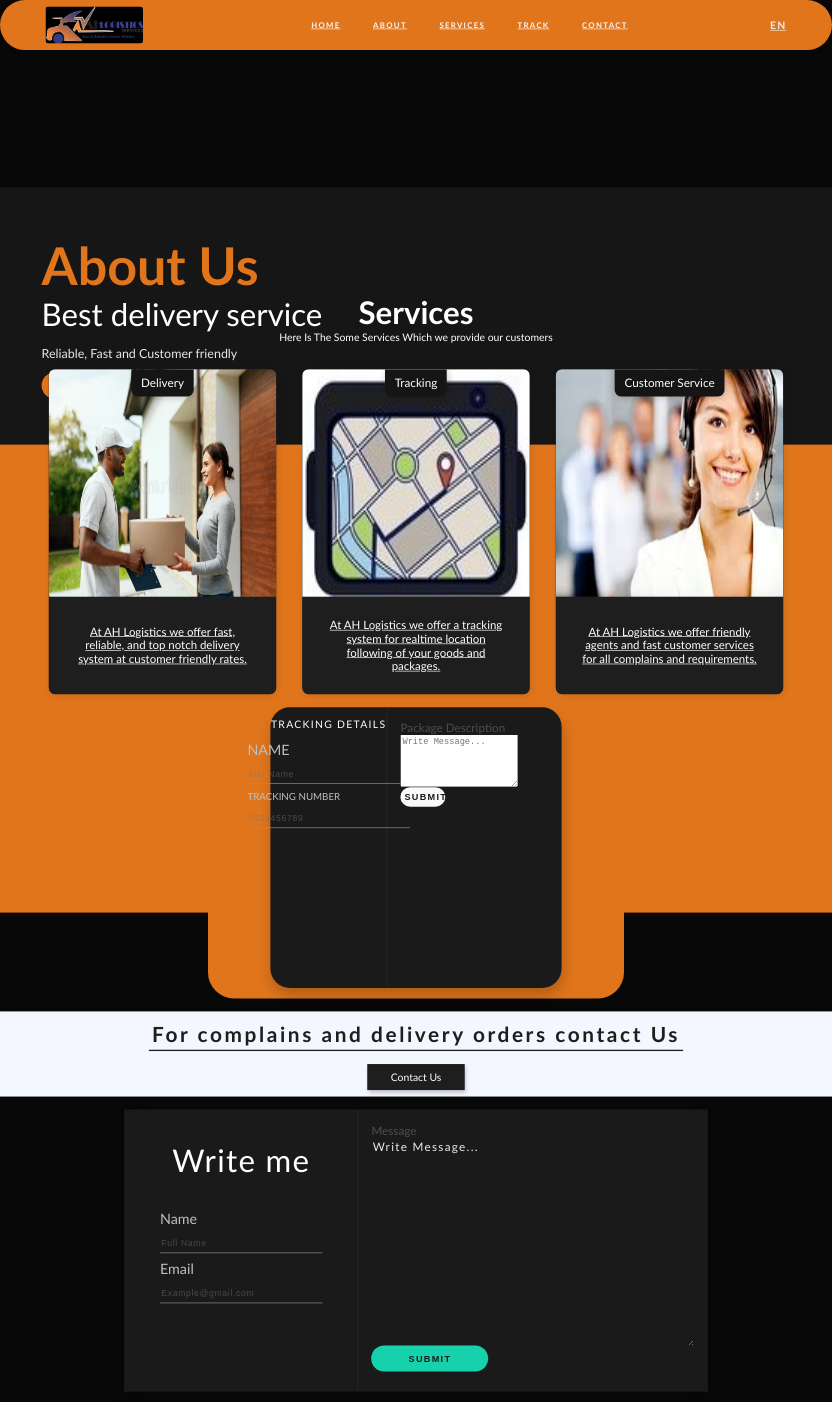
Repository: TheSecretlifeOfX/Ah-Logistics
Page: index.html
These files come from the project's save history. The page is drawn as it stood at one moment and after the next save; the edit follows.
The browser window is 1280 px wide. The pictures show the whole page, at 65% of full size.

Above is the page before, as saved 2022-03-02 16:16:19.

### index.html
<html>
<head>
<meta charset="utf-8">
<meta http-equiv="X-UA-Compatible" content="IE-edge">
<meta name="viewport" content="width=device-width, intial-scale=1.0">
<title>Logistics Website</title>
<link rel="stylesheet" href="./css/home.css">
</head>
<body>
<section id="main">
	<nav>
	<a href="#" class="logo"><img src="images/logo.jpg"></a>
	<div class="toggle"></div>
	<ul class="menu">
	<li class="active"><a href="#main" >Home</a></li>
	<li><a href="#about">About</a></li>
	<li><a href="#services">Services</a></li>
	<li><a href="#Tracking-Form">Track</a></li>
    <li><a href="#contact-form">Contact</a></li>
	</ul>
	<a href="#" class="lang">En</a>
	</nav>
    </section>
</div>
<section id="about">
	<div class="about-text">
	<h1>About Us</h1>
	<h2>Best delivery service</h2>
	<p>Reliable, Fast and Customer friendly</p>
	<button>View More Details</button>
	</div>
</section>
<section id="services">
<div class="s-heading">
<h1>Services</h1>
<p>Here Is The Some Services Which we provide our customers</p>
</div>
<div class="b-container">
<div class="s-box">
<div class="s-b-img">
    <div class="s-type">Delivery</div>
    <img src="images/delivery.jpg">
</div>
<div class="s-b-text">
<a href="#">At AH Logistics we offer fast, reliable, and top notch delivery system at customer friendly rates.</a>
</div>
</div>
<div class="s-box">
<div class="s-b-img">
    <div class="s-type">Tracking</div>
    <img src="images/track.jpg">
</div>
<div class="s-b-text">
<a href="#">At AH Logistics we offer a tracking system for realtime location following of your goods and packages.</a>
</div>
</div>
<div class="s-box">
<div class="s-b-img">
    <div class="s-type">Customer Service</div>
    <img src="images/customer.jpg">
</div>
<div class="s-b-text">
<a href="#">At AH Logistics we offer friendly agents and fast customer services for all complains and requirements.</a>
</div>
</div>
</div>
</div>
<section id="Tracking-Form">
	<form>
	<!--left--------------------------------------->
	<div class="Track-left">
	<h1 class="T-heading">Tracking Details</h1>
	<div class="f-name">
	<font >Name</font>
	<input type="text" placeholder="Full Name"/>
	</div>
	<div class="f-num">
	<font >Tracking Number</font>
	<input type="Number" placeholder="0123456789"/>
	</div>
	</div>
	<div class="Track-right">

	<div class="Description">
	<font >Package Description</font>
	<textarea name="message" rows="5" cols="20" placeholder="Write Message..."></textarea>
	<button>Submit</button>
	</div>
	</form>
	</section>
<section id="contact-btn">
	<h1 class="c-b-heading">For complains and delivery orders contact Us</h1>
		<button >Contact Us</button>
	</section>
<!--contact-form------------------->
<section id="contact-form">
<form>
<!--left--------------------------------------->
<div class="contact-left">
<h1 class="c-l-heading">Write me</h1>
<div class="f-name">
<font >Name</font>
<input type="text" placeholder="Full Name"/>
</div>
<div class="f-email">
<font >Email</font>
<input type="email" placeholder="Example@gmail.com"/>
</div>
</div>
<div class="contact-right">

<div class="message">
<font >Message</font>
<textarea name="message" rows="5" cols="20" placeholder="Write Message..."></textarea>
<button>Submit</button>
</div>
</form>
</section>
</section>
</body>
</html>

### css/home.css
body{
	margin:0px;
	padding:0px;
	background-color: #080808;
	background-size: 100%;
	min-height: 100vh;
	}
	#main{
		width:100%;
		height: 40vh;
		}
		nav{
			display:flex;
			justify-content: space-between;
			align-items: center;
			text-transform: uppercase;
			font-weight: 600;
			letter-spacing: 2px;
			font-family: calibri;
			top: 0;
			left: 10px;
			width:100%;
			box-sizing: border-box;
			padding: 5px 70px;
			background-color:#e0751c;
			box-shadow:2px 2px 12px rgba(0,0,0,0.05);
			z-index: 1;
			border-radius: 50px;
			}
			.menu{
			display: flex;

			}
			.menu li a{
			padding: 10px 25px;
			color:#f8f8fa;
			font-size: 12px;
			display:inline-block;
			}
			li{display:inline-block}
			.lang{
			color:#f3ecec;
			}
			.logo > img {
				width: 100%;
				height: 100%;
				max-width: 150px;
				display: flex;
				justify-content: center;
				align-items: center;
				text-align: center;
				margin-left: 0px;
				border-radius: 5px;
				 }
			.toggle{
			display: none;
			}
			.menu li a:hover{
			background-color:#292929;
			color:#FFF!important;
			font-weight: bold;
			transition: all ease 0.4s;
			}
			.lang:hover{
				background-color:#292929;
			color:#FFF!important;
			font-weight: bold;
			transition: all ease 0.4s;
			}
			#about{
				width:100%;
				height: 55vh;
				background-color:#161616;
				box-sizing: border-box;
				display: flex;
				align-items: center;
				justify-content: space-between;
				padding: 0px 5% 0px 5%;
			}
			.about-text{
				font-family: calibri;
				width: 50%;
			}
			.about-text h1{
				font-size: 5rem;
				color:#e0751c;
			}
			.about-text h2{
				font-size: 3rem;
				color:#FFFFFF;
				font-weight: 400;
			}
			.about-text h1,h2{
				margin: 0px;
				padding: 0px;
			}
			.about-text p{
				font-size: 1.2rem;
				color:rgba(255,255,255,0.90);

			}
			.about-text button{
				width: 180px;
				height: 40px;
				border-radius: 20px;
				border: none;
				outline: none;
				background-color:#e0751c;
			}
			.about-text button:hover{
				background-color: #FFFFFF;
				transition: all ease 0.3s;
			}
			#services{
				width:100%;
			height:100vh;
			box-sizing: border-box;
			font-family: calibri;
			display: flex;
			flex-direction: column;
			align-items: center;
			justify-content: center;
			padding-top: 500px ;
			background-color:#e0751c;
		}

		.s-heading h1{
			color:#FFFFFF;
			font-size: 3rem;
			margin: 0px;
			padding: 0px;

		}
		.s-heading p{
			color:rgb(255, 255, 255);
			font-size: 1rem;
			margin: 0px;
			padding: 0px;
		}
		.s-heading{
			text-align: center;
			margin: 20px 0px;
		}
		.s-box{
			background-color: #2B2B2B;
			width:350px;
			height: 500px;
			margin: 20px;
			border-radius: 10px;
			overflow: hidden;
			box-shadow: 2px 2px 12px rgba(0,0,0,0.1);
			position: relative;
		}
		.b-container{
			display: flex;
			justify-content: center;
			align-content: center;


		}
		.s-b-img{
			width: 100%;
			height: 70%;

		}
		.s-b-img img{
			width:100%;
			height: 100%;

		}
		.s-b-text{
			width: 100%;
			height: 30%;
			background-color:#1E1E1E;
			display:flex;
			justify-content: center;
			align-items: center;
			text-align: center;
		}
		.s-b-text a{
			margin: 0px;
			color:#FFFFFF;
			font-size: 1.1rem;
			font-family: calibri;
			display: block;
			display: -webkit-box;
			max-width: 80%;
			-webkit-line-clamp: 4;
			-webkit-box-orient: vertical;
			overflow: hidden;
			text-overflow: ellipsis;
		}
		.s-b-text a:hover{
			color:rgba(255,255,255,0.50)
		}
		.s-type{
			font-family: calibri;
			color:#FFFFFF;
			background-color: #151515;
			padding: 10px 15px;
			position: absolute;
			top: 0px;
			left: 50%;
			transform: translateX(-50%);
			font-size: 18px;
			border-radius: 0px 0px 10px 10px;
			box-shadow: 2px 2px 12px rgba(0,0,0,0.2);
		}
		.s-box:hover{
			transform:translateY(-10px);
			transition: all ease 0.3s;

		}
		#Tracking-Form{
			width: 50%;
			height: 100vh;
			display: flex;
			justify-content: center;
			align-items: center;
			background-color:#e0751c;
			border-radius: 40px;
		}
		#Tracking-Form form{
			display: flex;
			width: 70%;
			height: 60vh;
			background-color: #1A1A1A;
			box-shadow: 2px 12px 20px rgba(0,0,0,0.2);
			border-radius: 30px
		}
		.Track-left{
			width: 40%;
			height: 100%;
			display: flex;
			flex-direction: column;
			align-items: center;
			text-transform: uppercase;
		}
		.Track-right{
			width: 60%;
			height: 100%;
			box-sizing: border-box;
			display: flex;
			flex-direction: column;
			justify-content: space-between;
			border-left: 1px solid rgba(255,255,255,0.08);
		}
		.Track-right button{
			width: 30%;
			height: 30px;
			background-color: #faf9f9;
			font-weight: bold;
			outline: none;
			border: none;
			margin: 0px;
			color:#1B1B1B;
			font-size: 14px;
			text-transform: uppercase;
			letter-spacing: 2px;
			border-radius: 40px;
		}
		.T-Heading{
			font-family: calibri;
			color:#fffefe;
			font-size: 1rem;
			letter-spacing: 2px;
			font-weight: 400;
		}
		.f-name,.f-num{
			display: flex;
			flex-direction: column;
			font-family: calibri;
		}
		.f-name font,.f-num font{
			color:#BFBFBF;
			font-size: 15px;
		}
		.f-name input,.f-num input{
			height: 30px;
			width:250px;
			border: none;
			outline: none;
			background-color:transparent;
			border-bottom: 1px solid #929292;
			color:#FFFFFF;
			margin: 10px 0px;
		}
		.f-num input::placeholder,
		.f-name input::placeholder{
			opacity: 0.5;
			letter-spacing: 1px;
		}
		.f-num input:focus,
		.f-num input:focus{
			border-bottom: 1px solid #0d0e0d;
			transition: all ease 0.5s;
		}.Description font{
			font-size: 18px;
			color:#4E4E4E;
			font-family: calibri;

		}
		.Description{
			margin: 20px;
		}
		#contact-btn{
			width: 100%;
			display: flex;
			flex-direction: column;
			justify-content:center;
			align-items: center;
			height: 200px;
			background-color: #F4F7FF;
			margin: 20px 0px;
			box-sizing: border-box;
			box-shadow:2px 0px 20px rgba(0,0,0,0.4);
		}
		.c-b-heading{
			font-size: 2rem;
			color:#1E1E1E;
			font-family: calibri;
			margin: 10px;
			padding: 5px;
			letter-spacing: 4px;
			border-bottom: 2px solid #1E1E1E;

		}
		#contact-btn button{
			color:#FFFFFF;
			font-size: 1rem;
			font-family: calibri;
			width:150px;
			height: 40px;
			margin: 10px;
			background-color: #1E1E1E;
			border: none;
			outline: none;
			box-shadow: 2px 5px 6px rgba(0,0,0,0.2);
		}
		#contact-btn button:hover{
			background-color: #17d1ac;
			color:#000000;
			transition: all ease 0.5s;
			font-weight: bold;
		}
		#contact-form{
			width: 100%;
			height: 90vh;
			display: flex;
			justify-content: center;
			align-items: center;

		}
		#contact-form form{
			display: flex;
			width: 70%;
			height: 60vh;
			background-color: #1A1A1A;
			box-shadow: 2px 12px 20px rgba(0,0,0,0.2);
			border: 1px solid rgba(255,255,255,0.01)
		}

		.contact-left{
			width: 40%;
			height: 100%;
			display: flex;
			flex-direction: column;
			align-items: center;
		}
		.contact-right{
			width: 60%;
			height: 100%;
			box-sizing: border-box;
			display: flex;
			flex-direction: column;
			justify-content: space-between;
			border-left: 1px solid rgba(255,255,255,0.08);
		}
		.contact-right button{
			width: 100%;
			height: 50px;
			background-color: #e0751c;
			font-weight: bold;
			outline: none;
			border: none;
			margin: 0px;
			color:#1B1B1B;
			font-size: 14px;
			text-transform: uppercase;
			letter-spacing: 2px;

		}
		.c-l-heading{
			font-family: calibri;
			color:#FFFFFF;
			font-size: 3rem;
			letter-spacing: 2px;
			font-weight: 400;

		}
		.f-name,.f-email{
			display: flex;
			flex-direction: column;
			font-family: calibri;

		}
		.f-name font,.f-email font{
			color:#BFBFBF;
			font-size: 22px;
		}
		.f-name input,.f-email input{
			height: 30px;
			width:250px;
			border: none;
			outline: none;
			background-color:transparent;
			border-bottom: 1px solid #929292;
			color:#FFFFFF;
			margin: 10px 0px;
		}
		.f-email input::placeholder,
		.f-name input::placeholder{
			opacity: 0.5;
			letter-spacing: 1px;
		}
		.f-email input:focus,
		.f-name input:focus{
			border-bottom: 1px solid #0d0e0d;
			transition: all ease 0.5s;
		}.message font{
			font-size: 18px;
			color:#4E4E4E;
			font-family: calibri;

		}
		.message{
			margin: 20px;
		}
		.contact-right textarea{
			width: 100% !important;
			height: 320px !important;
			border: none;
			outline: none;
			background-color:transparent;
			box-sizing: border-box;
			color:#EBEBEB;
			font-size: 16px;
		}
		.contact-right textarea::placeholder{
			color:#EBEBEB;
			font-size: 18px;
			letter-spacing: 2px;
			font-family: calibri;
		}
		.contact-right button:active{
			transform: scale(1.04);
			transition: all ease 0.1s;
		}
		.message button{
			width: 180px;
			height: 40px;
			border-radius: 20px;
			border: none;
			outline: none;
			background-color:#17d1ac;
		}
		  .message button:hover{
			background-color: #d8d8e4;
			transition: all ease 0.3s;
		  }

After the next save:
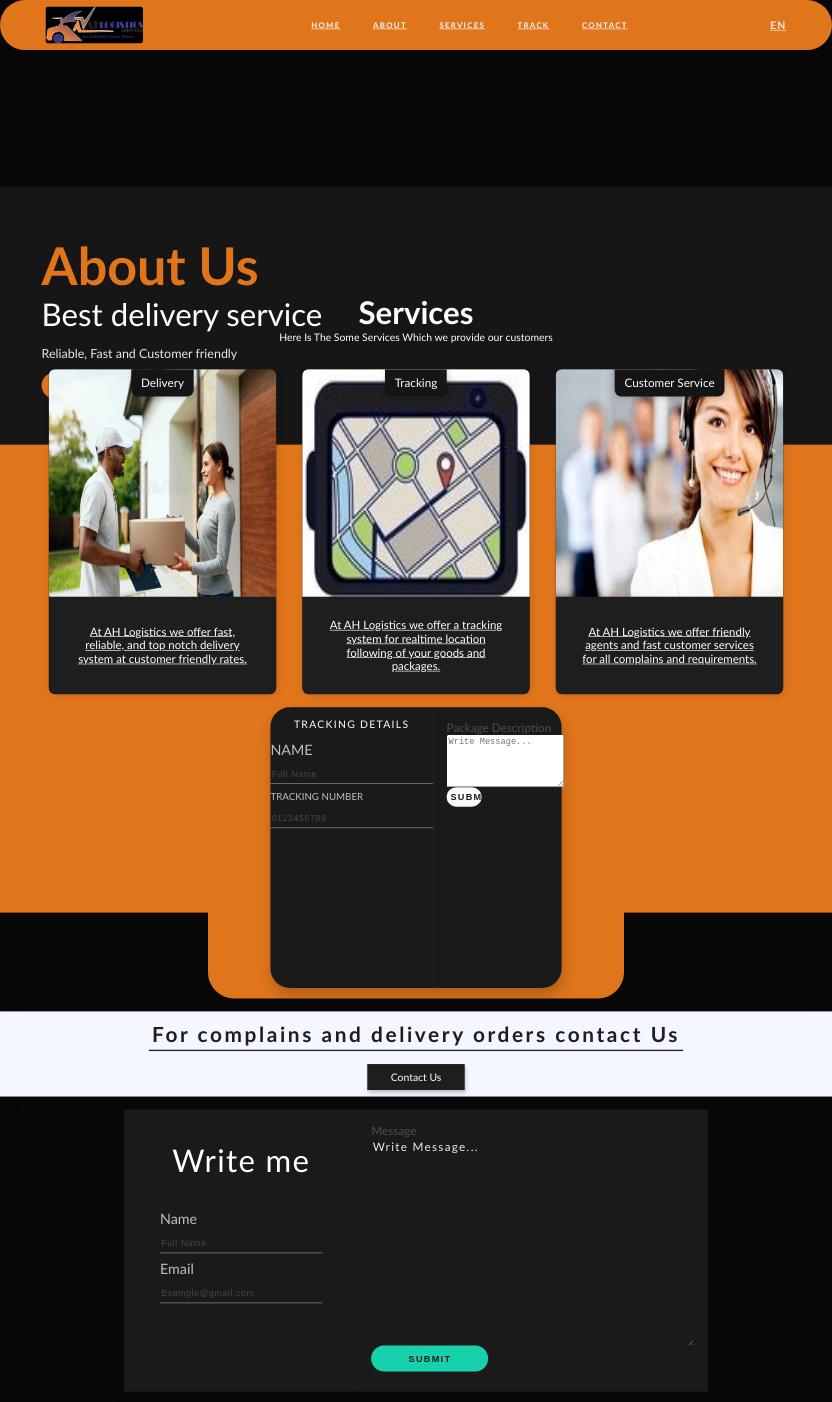
Saved 80 s later.
--- a/css/home.css
+++ b/css/home.css
@@ -229,7 +229,7 @@ body{
 			border-radius: 30px
 		}
 		.Track-left{
-			width: 40%;
+			width: 60%;
 			height: 100%;
 			display: flex;
 			flex-direction: column;
